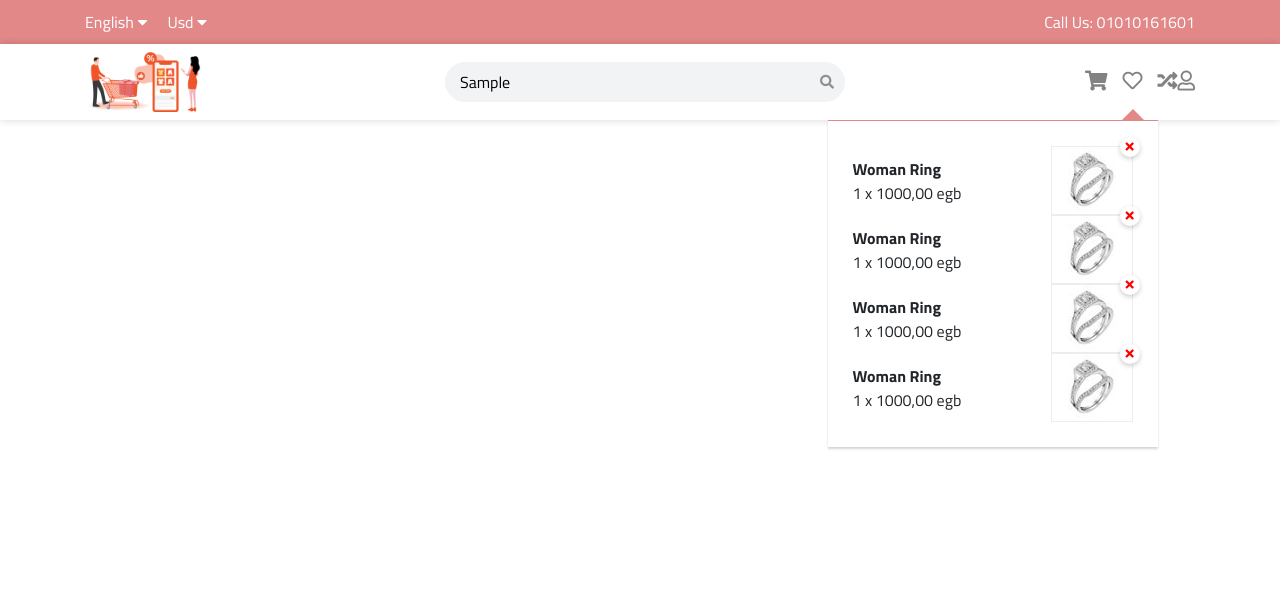
Repository: amrh20/ecommerce-temp
Page: src/index.html
An editor plug-in stored every save of this project. The page is shown before and after the next save, followed by the edit.
The browser window is 1280 px wide. The pictures show the whole page.
Empty fields were first filled with sample values (such as "Sample", 5 or name@example.com).
After loading, the first visible `div.wishlist-view` was clicked once.
The style sheet was rebuilt from its Sass, Less or Tailwind sources for each picture, by a compiler version that may differ from the author's.

Above is the page before, as saved 2020-01-19 12:04:34.

After the next save:
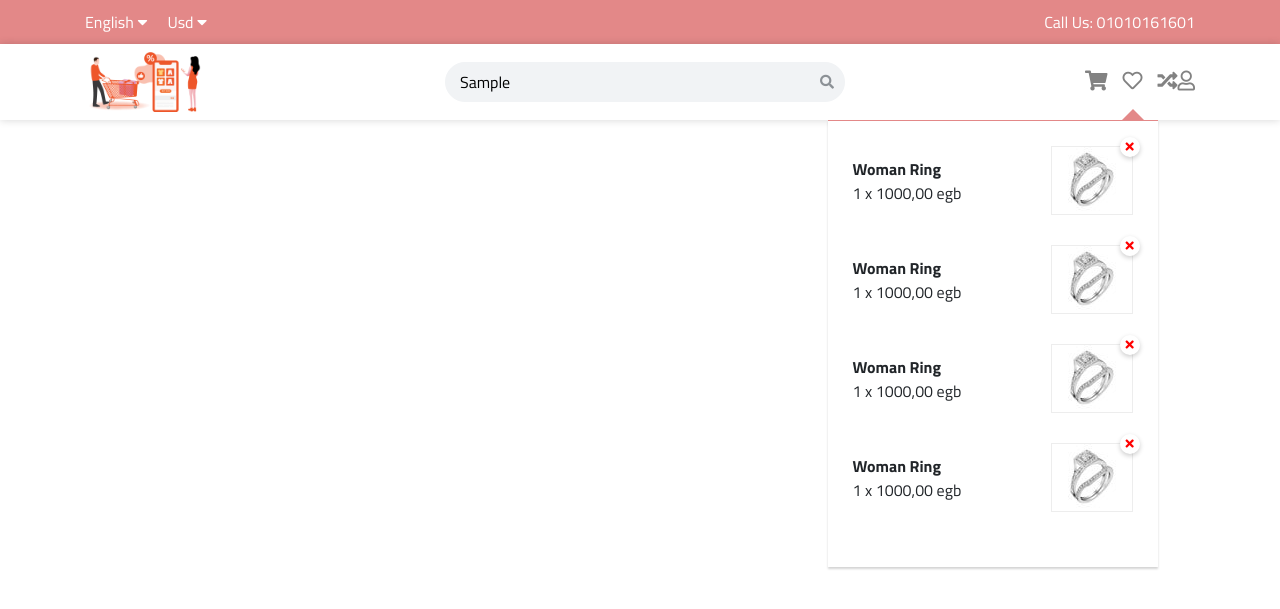
Saved 17 s later.
--- a/src/styles/header.scss
+++ b/src/styles/header.scss
@@ -170,12 +170,10 @@
           padding: 25px;
           border-top: 1px solid $main-color;
           min-width: 330px;
-          margin-bottom: 30px;
           }
           .wishlist-view_row {
             justify-content: space-between;
-            // border-bottom: 1px solid #e6ebee;
-            // padding: 0 0 15px 0;
+            margin-bottom: 30px;
             padding: 0;
             .product_name {
               font-weight: 800;
